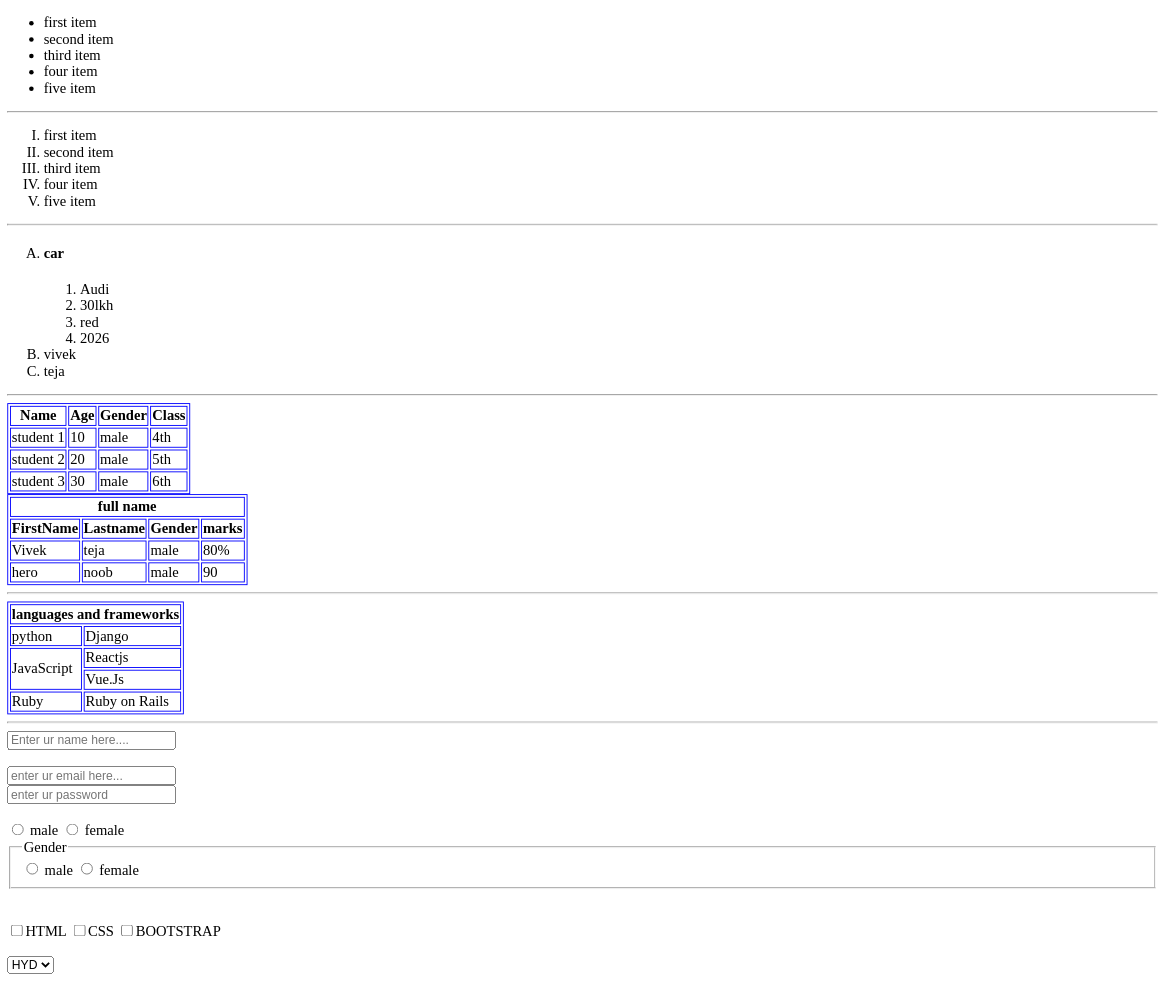
Repository: viveknaidu007/repo-166-Full-Stack-Development-Learning-Notes-Innomatics-2024
Page: module_1-html,css,bootstrap/spet_20_2024/index.html
The author's editor kept a copy of each file at every save. The page is drawn from the files as they stood at one save, then again after the next save.
The browser window is 1280 px wide. The pictures show the whole page, at 91% of full size.

Above is the page before, as saved 2024-09-21 14:37:58.

After the next save:
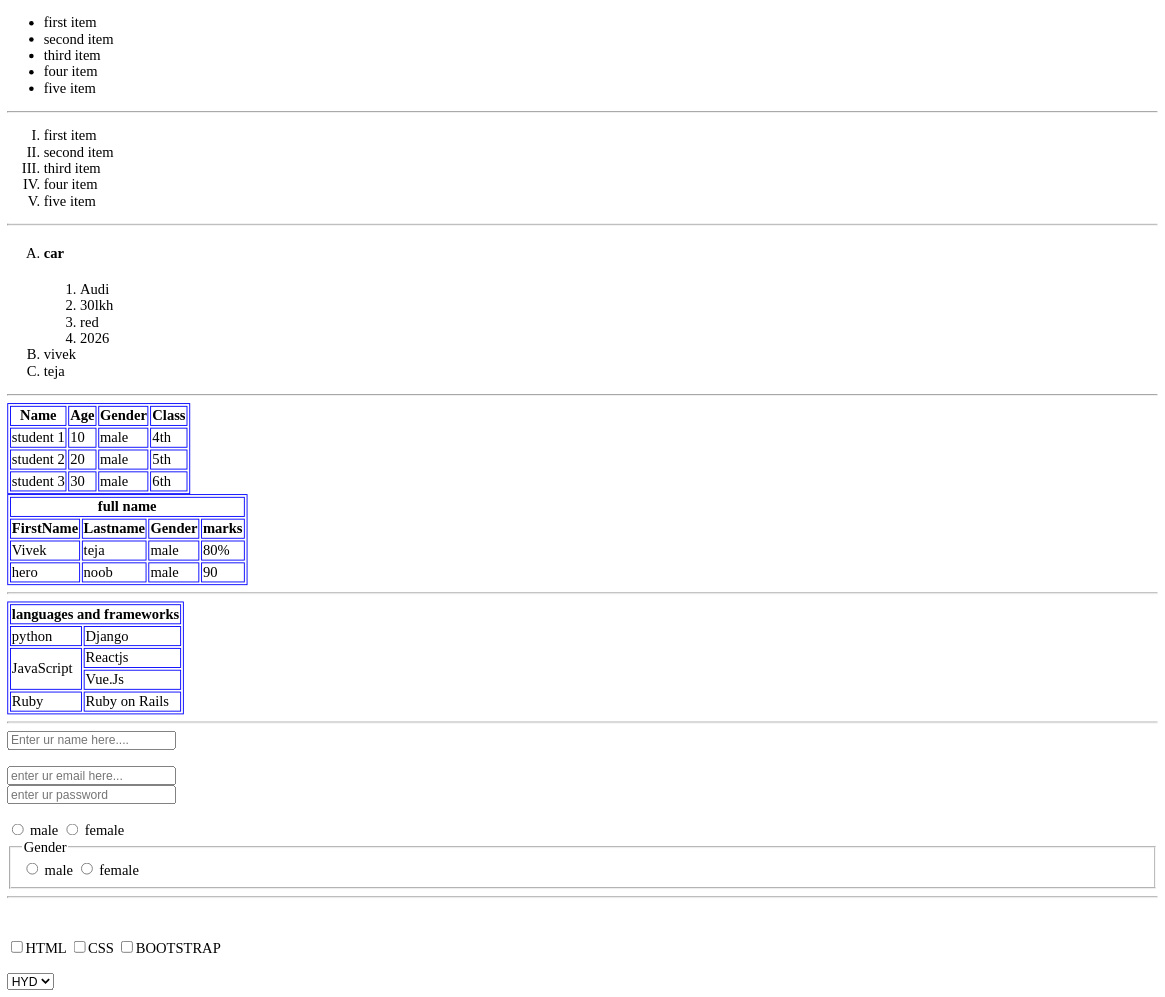
Saved 41 s later.
--- a/module_1-html,css,bootstrap/spet_20_2024/index.html
+++ b/module_1-html,css,bootstrap/spet_20_2024/index.html
@@ -146,6 +146,7 @@
         <input type="radio" name="gender" id="" />
         female
     </fieldset>
+    <HR>
     <br>
     <br>
     <input type="checkbox" name="" id="">HTML
